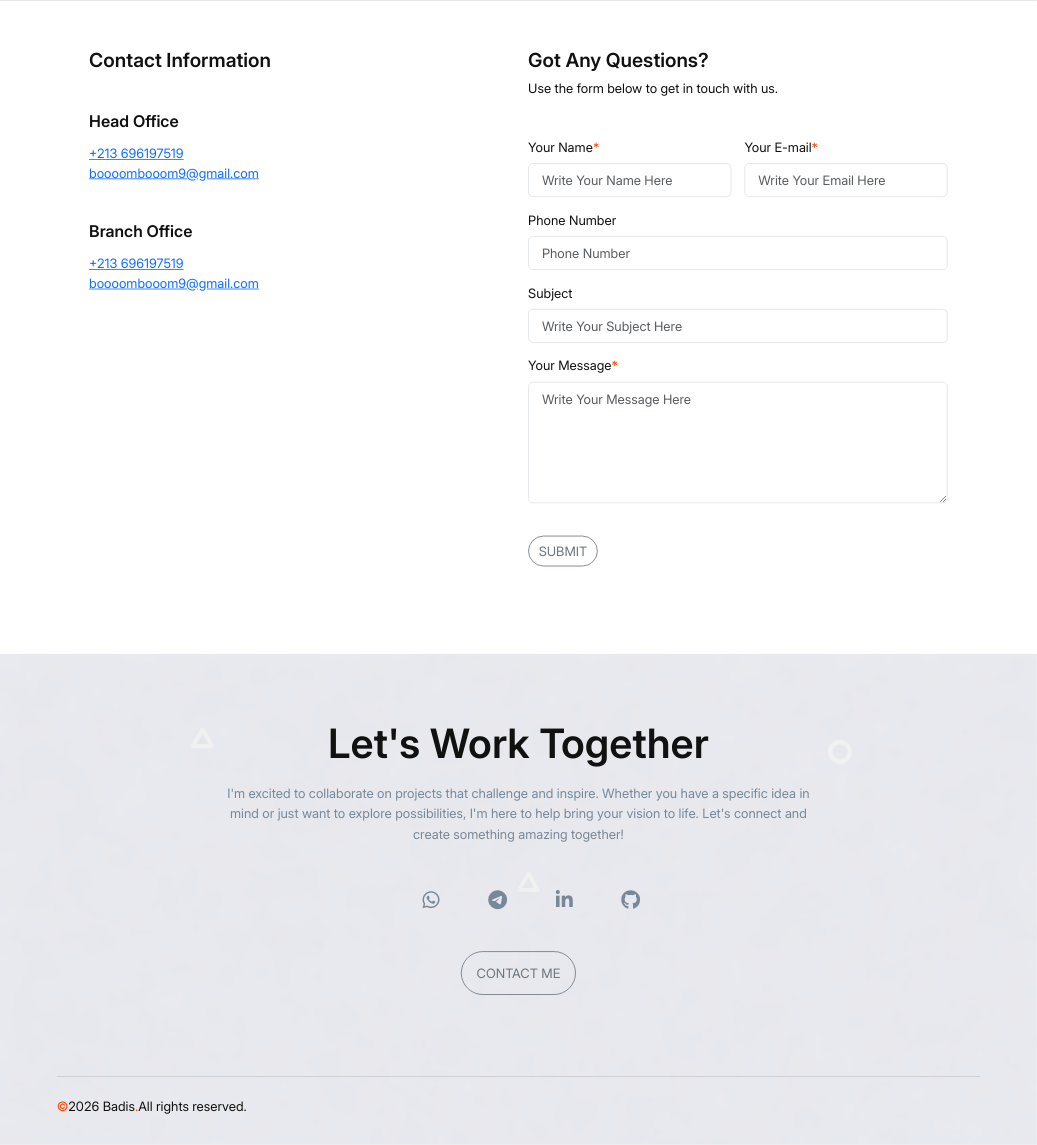
Repository: Badi-77/Portfolio
Page: Contact.html
These files come from the project's save history. The page is drawn as it stood at one moment and after the next save; the edit follows.
The browser window is 1280 px wide. The pictures show the part of the page from y = 504 to 1917 px (the page is 1917 px tall), at 81% of full size.

Above is the page before, as saved 2026-02-17 20:38:59.

### Contact.html
<!DOCTYPE html>
<html lang="en">
<head>
  <meta charset="UTF-8">
  <meta name="viewport" content="width=device-width, initial-scale=1.0">
  <title>Contact</title>
  <!-- google font -->
  <link rel="stylesheet" href="Font/Inter_font/stylesheet.css">
  <link rel="stylesheet" href="Font/Tajawal/stylesheet.css">
  <!-- Font Awesome -->
  <link rel="stylesheet" href="Css/all.min.css">
  <!-- Normalize -->
  <link rel="stylesheet" href="Css/normalize.css">
  <!-- bootstrap -->
  <link rel="stylesheet" href="Bootstrap/bootstrap/css/bootstrap.min.css">
  <!-- web icon -->
  <link rel="icon" href="Img/icon.png">
  <!-- Portfolio CSS -->
  <link rel="stylesheet" href="Css/portfolio.css">
</head>
<body>

<div class="main-content">
  <!-- Navbar -->
  <nav class="navbar navbar-expand-lg">
          <div class="container-fluid">
            <!-- Brand -->
            <a class="navbar-brand" href="#"><h1><span id="logo-B" ><img src="Img/logo-B.png" alt="LOGO"></span>adis<span class="circle"></span></h1></a>

            <!-- Toggler (hamburger icon for mobile) -->
            <button class="navbar-toggler" type="button" data-bs-toggle="collapse" data-bs-target="#navbarNav"
              aria-controls="navbarNav" aria-expanded="false" aria-label="Toggle navigation">
              <span class="navbar-toggler-icon"></span>
            </button>

            <!-- Navbar links -->
            <div class="collapse navbar-collapse" id="navbarNav">
              <ul class="navbar-nav ms-auto">
                <li class="nav-item">
                  <a class="nav-link active" data-key="NavHome" aria-current="page" href="#">Home</a>
                </li>
                <li class="nav-item">
                  <a class="nav-link" data-key="NavAbout" href="#">About</a>
                </li>
                <div class="nav-item dropdown">
                  <a class="nav-link dropdown-toggle" data-bs-toggle="dropdown" role="button" data-key="NavSer" href="#">Services</a>
                  <div class="dropdown-menu m-0">
                    <a href="#" class="dropdown-item" data-key="web">Web Dev</a>
                    <a href="#" class="dropdown-item" data-key="net">Networking</a>
                    <a href="#" class="dropdown-item" data-key="cyber">CyberSecurity</a>
                    <a href="#" class="dropdown-item" data-key="auto">Automation</a>
                  </div>
                </div>
                <li class="nav-item">
                  <a class="nav-link" data-key="cont" href="#">ContactMe</a>
                </li>
                <li class="nav-item">
                  <button id="theme-toggle" class="theme-toggle-btn" aria-label="Toggle dark mode">
                    🌙
                  </button>
                </li>
                <!-- language btn -->
                <li class="nav-item">
                  <button class="switch-lang" id="lang-toggle">🌐 العربية</button>
                </li>
                <!-- language btn -->

                <!-- <li class="nav-item">
                  <a class="nav-link disabled" tabindex="-1" aria-disabled="true">Disabled</a>
                </li> -->
              </ul>
            </div>
          </div>
  </nav>
  <!-- End Navbar -->


  <!-- start hero -->
  <section id="hero">
    <div id="conta" class="row justify-content-center">
      <div class="col-md-12 text-center my-5 pt-5 fade-in-up">
        <div class="section-header text-center">
          <nav class="breadcrumb d-flex justify-content-center">
            <a href="portfolio.html" class="breadcrumb-item">Home</a>
            <span class="breadcrumb-item activ" aria-current="page">Contact</span>
          </nav>
          <h2 class="contact-title display-1 fw-bold">Our Contact</h2>
          <p class="text-center">Got a project in mind? <br> Let’s connect and bring your vision to life.</p>
        </div>
      </div>
    </div>
  </section>
  <!-- end hero -->

  <!-- start form -->
  <section id="contact-info" class="padding-medium pt-0">
    <div class="container">
      <div class="row flex-row-reverse">
        <div class="inquiry-item col-lg-6 mb-5">
          <h4 class="fw-bold">Got Any Questions?</h4>
          <p>Use the form below to get in touch with us.</p>
          <form id="contactForm" action="" method="post" class="form-group contact-form mt-5">
            <div class="form-input col-lg-12 d-flex justify-content-between mb-3">
              <div class="w-100 me-3">
                <label class="mb-2 fs-6 T">
                  Your Name<span style="color: var(--third-color);">*</span>
                </label>
                <input type="text" name="name" placeholder="Write Your Name Here" class="form-control shadow-none w-100 ps-3 py-2" required>
              </div>
              <div class="w-100">
                <label class="mb-2 fs-6 T">Your E-mail<span style="color: var(--third-color);">*</span></label>
                <input type="email" name="email" placeholder="Write Your Email Here" class="form-control shadow-none w-100 ps-3 py-2" required>
              </div>
            </div>
            <div class="col-lg-12 mb-3">
              <label class="mb-2 fs-6">Phone Number</label>
              <input type="number" name="phone" placeholder="Phone Number" class="form-control shadow-none w-100 ps-3 py-2">
            </div>
            <div class="col-lg-12 mb-3">
              <label class="mb-2 fs-6">Subject</label>
              <input type="text" name="subject" placeholder="Write Your Subject Here" class="form-control shadow-none w-100 ps-3 py-2">
            </div>
            <div class="col-lg-12 mb-3">
              <label class="mb-2 fs-6">Your Message<span style="color: var(--third-color);">*</span></label>
              <textarea name="message" placeholder="Write Your Message Here" class="form-control shadow-none w-100 ps-3 py-2" style="height: 150px;" required></textarea>
            </div>
            <div>
              <button class="btn btn-outline-secondary rounded-pill mt-4" type="submit" name="submit">SUBMIT</button>
            </div>
          </form>
        </div>
        <div class="contact-info col-lg-6 mb-5">
          <h4 class="fw-bold">Contact Information</h4>
          <p></p>
          <div class="page-content">
            <div class="col-md-6">
              <div class="content-box my-5">
                <h5 class="element-title fw-bold">Head Office</h5>
                <div class="content-address">
                  <p></p>
                </div>
                <div class="contact-number">
                  <a href="#">+213 696197519</a>
                </div>
                <div class="email-adress">
                  <p>
                    <a href="#">boooombooom9@gmail.com</a>
                  </p>
                </div>
              </div>
            </div>
            <div class="col-md-6">
              <div class="content-box my-5">
                <h5 class="element-title fw-bold">Branch Office</h5>
                <div class="content-address">
                  <p></p>
                </div>
                <div class="contact-number">
                  <a href="#">+213 696197519</a>
                </div>
                <div class="email-adress">
                  <p>
                    <a href="#">boooombooom9@gmail.com</a>
                  </p>
                </div>
              </div>
            </div>
          </div>
        </div>
      </div>
    </div>
  </section>
  <!-- end form -->

  <!-- start footer -->
  <footer>
    <div class="container ">
      <div class="foot-content fade-in-up">
        <div class="foot-text">
          <h2 class="text-center fw-bolder" data-key="FooTitle">Let's Work Together</h2>
          <p class="text-center" data-key="FooSub">
            I'm excited to collaborate on projects that challenge and inspire. Whether you have a specific idea in mind or just want to explore possibilities, I'm here to help bring your vision to life. Let's connect and create something amazing together!
          </p>
        </div>
        <ul>
          <li><a href="#"><i class="fa-brands fa-whatsapp"></i></a></li>
          <li><a href="#"><i class="fa-brands fa-telegram-plane"></i></a></li>
          <li><a href="#"><i class="fa-brands fa-linkedin-in"></i></a></li>
          <li><a href="#"><i class="fa-brands fa-github"></i></a></li>
        </ul>
        <div class="contactMe-btn">
          <a href="#" class="btn btn-outline-secondary rounded-pill mt-4" role="button" id="contbtn">CONTACT ME</a>
        </div>
      </div>
      <div class="copy-right">
          <p class="text-lg-start mt-4"> <span style="color: var(--third-color);">&copy;</span>2026 Badis<span style="color: var(--third-color);">.</span>All rights reserved.</p>
      </div>
    </div>
  </footer>
  <!-- end footer -->
</div>

<script>
  console.log('hello');
</script>



</body>
<!-- Portfolio JS -->
<script src="JS/portfolio.js"></script>
<!-- Bootstrap JS -->
<script src="Bootstrap/bootstrap/js/bootstrap.bundle.min.js"></script>
</html>

### Font/Inter_font/stylesheet.css
@font-face {
    font-family: 'Inter 24pt';
    src: url('Inter24pt-MediumItalic.woff2') format('woff2'),
        url('Inter24pt-MediumItalic.woff') format('woff');
    font-weight: 500;
    font-style: italic;
    font-display: swap;
}

@font-face {
    font-family: 'Inter 24pt';
    src: url('Inter24pt-SemiBold.woff2') format('woff2'),
        url('Inter24pt-SemiBold.woff') format('woff');
    font-weight: 600;
    font-style: normal;
    font-display: swap;
}

@font-face {
    font-family: 'Inter 24pt';
    src: url('Inter24pt-Regular.woff2') format('woff2'),
        url('Inter24pt-Regular.woff') format('woff');
    font-weight: normal;
    font-style: normal;
    font-display: swap;
}

@font-face {
    font-family: 'Inter 24pt';
    src: url('Inter24pt-SemiBoldItalic.woff2') format('woff2'),
        url('Inter24pt-SemiBoldItalic.woff') format('woff');
    font-weight: 600;
    font-style: italic;
    font-display: swap;
}

@font-face {
    font-family: 'Inter 24pt';
    src: url('Inter24pt-ThinItalic.woff2') format('woff2'),
        url('Inter24pt-ThinItalic.woff') format('woff');
    font-weight: 100;
    font-style: italic;
    font-display: swap;
}

@font-face {
    font-family: 'Inter 24pt';
    src: url('Inter24pt-Thin.woff2') format('woff2'),
        url('Inter24pt-Thin.woff') format('woff');
    font-weight: 100;
    font-style: normal;
    font-display: swap;
}

@font-face {
    font-family: 'Inter 28pt';
    src: url('Inter28pt-Black.woff2') format('woff2'),
        url('Inter28pt-Black.woff') format('woff');
    font-weight: 900;
    font-style: normal;
    font-display: swap;
}

@font-face {
    font-family: 'Inter 28pt';
    src: url('Inter28pt-BlackItalic.woff2') format('woff2'),
        url('Inter28pt-BlackItalic.woff') format('woff');
    font-weight: 900;
    font-style: italic;
    font-display: swap;
}

@font-face {
    font-family: 'Inter 28pt';
    src: url('Inter28pt-Bold.woff2') format('woff2'),
        url('Inter28pt-Bold.woff') format('woff');
    font-weight: bold;
    font-style: normal;
    font-display: swap;
}

@font-face {
    font-family: 'Inter 28pt';
    src: url('Inter28pt-BoldItalic.woff2') format('woff2'),
        url('Inter28pt-BoldItalic.woff') format('woff');
    font-weight: bold;
    font-style: italic;
    font-display: swap;
}

@font-face {
    font-family: 'Inter 28pt';
    src: url('Inter28pt-ExtraBold.woff2') format('woff2'),
        url('Inter28pt-ExtraBold.woff') format('woff');
    font-weight: bold;
    font-style: normal;
    font-display: swap;
}

@font-face {
    font-family: 'Inter 28pt';
    src: url('Inter28pt-ExtraBoldItalic.woff2') format('woff2'),
        url('Inter28pt-ExtraBoldItalic.woff') format('woff');
    font-weight: bold;
    font-style: italic;
    font-display: swap;
}

@font-face {
    font-family: 'Inter 28pt';
    src: url('Inter28pt-ExtraLight.woff2') format('woff2'),
        url('Inter28pt-ExtraLight.woff') format('woff');
    font-weight: 200;
    font-style: normal;
    font-display: swap;
}

@font-face {
    font-family: 'Inter 28pt';
    src: url('Inter28pt-ExtraLightItalic.woff2') format('woff2'),
        url('Inter28pt-ExtraLightItalic.woff') format('woff');
    font-weight: 200;
    font-style: italic;
    font-display: swap;
}

@font-face {
    font-family: 'Inter 28pt';
    src: url('Inter28pt-Italic.woff2') format('woff2'),
        url('Inter28pt-Italic.woff') format('woff');
    font-weight: normal;
    font-style: italic;
    font-display: swap;
}

@font-face {
    font-family: 'Inter 28pt';
    src: url('Inter28pt-Light.woff2') format('woff2'),
        url('Inter28pt-Light.woff') format('woff');
    font-weight: 300;
    font-style: normal;
    font-display: swap;
}

@font-face {
    font-family: 'Inter 28pt';
    src: url('Inter28pt-LightItalic.woff2') format('woff2'),
        url('Inter28pt-LightItalic.woff') format('woff');
    font-weight: 300;
    font-style: italic;
    font-display: swap;
}

@font-face {
    font-family: 'Inter 28pt';
    src: url('Inter28pt-Medium.woff2') format('woff2'),
        url('Inter28pt-Medium.woff') format('woff');
    font-weight: 500;
    font-style: normal;
    font-display: swap;
}

@font-face {
    font-family: 'Inter 28pt';
    src: url('Inter28pt-MediumItalic.woff2') format('woff2'),
        url('Inter28pt-MediumItalic.woff') format('woff');
    font-weight: 500;
    font-style: italic;
    font-display: swap;
}

@font-face {
    font-family: 'Inter 28pt';
    src: url('Inter28pt-Regular.woff2') format('woff2'),
        url('Inter28pt-Regular.woff') format('woff');
    font-weight: normal;
    font-style: normal;
    font-display: swap;
}

@font-face {
    font-family: 'Inter 28pt';
    src: url('Inter28pt-SemiBold.woff2') format('woff2'),
        url('Inter28pt-SemiBold.woff') format('woff');
    font-weight: 600;
    font-style: normal;
    font-display: swap;
}

@font-face {
    font-family: 'Inter 28pt';
    src: url('Inter28pt-SemiBoldItalic.woff2') format('woff2'),
        url('Inter28pt-SemiBoldItalic.woff') format('woff');
    font-weight: 600;
    font-style: italic;
    font-display: swap;
}

@font-face {
    font-family: 'Inter 28pt';
    src: url('Inter28pt-ThinItalic.woff2') format('woff2'),
        url('Inter28pt-ThinItalic.woff') format('woff');
    font-weight: 100;
    font-style: italic;
    font-display: swap;
}

@font-face {
    font-family: 'Inter 28pt';
    src: url('Inter28pt-Thin.woff2') format('woff2'),
        url('Inter28pt-Thin.woff') format('woff');
    font-weight: 100;
    font-style: normal;
    font-display: swap;
}

### Font/Tajawal/stylesheet.css
@font-face {
    font-family: 'Tajawal';
    src: url('Tajawal-Black.woff2') format('woff2'),
        url('Tajawal-Black.woff') format('woff');
    font-weight: 900;
    font-style: normal;
    font-display: swap;
}

@font-face {
    font-family: 'Tajawal';
    src: url('Tajawal-ExtraBold.woff2') format('woff2'),
        url('Tajawal-ExtraBold.woff') format('woff');
    font-weight: bold;
    font-style: normal;
    font-display: swap;
}

@font-face {
    font-family: 'Tajawal';
    src: url('Tajawal-Bold.woff2') format('woff2'),
        url('Tajawal-Bold.woff') format('woff');
    font-weight: bold;
    font-style: normal;
    font-display: swap;
}

@font-face {
    font-family: 'Tajawal';
    src: url('Tajawal-ExtraLight.woff2') format('woff2'),
        url('Tajawal-ExtraLight.woff') format('woff');
    font-weight: 200;
    font-style: normal;
    font-display: swap;
}

@font-face {
    font-family: 'Tajawal';
    src: url('Tajawal-Medium.woff2') format('woff2'),
        url('Tajawal-Medium.woff') format('woff');
    font-weight: 500;
    font-style: normal;
    font-display: swap;
}

@font-face {
    font-family: 'Tajawal';
    src: url('Tajawal-Light.woff2') format('woff2'),
        url('Tajawal-Light.woff') format('woff');
    font-weight: 300;
    font-style: normal;
    font-display: swap;
}

@font-face {
    font-family: 'Tajawal';
    src: url('Tajawal-Regular.woff2') format('woff2'),
        url('Tajawal-Regular.woff') format('woff');
    font-weight: normal;
    font-style: normal;
    font-display: swap;
}

Loaded but not shown: Css/all.min.css (library); Css/normalize.css (library); Bootstrap/bootstrap/css/bootstrap.min.css (library); Bootstrap/bootstrap/js/bootstrap.bundle.min.js (library); JS/portfolio.js (358 lines, source omitted); Css/portfolio.css (931 lines, source omitted)

After the next save:
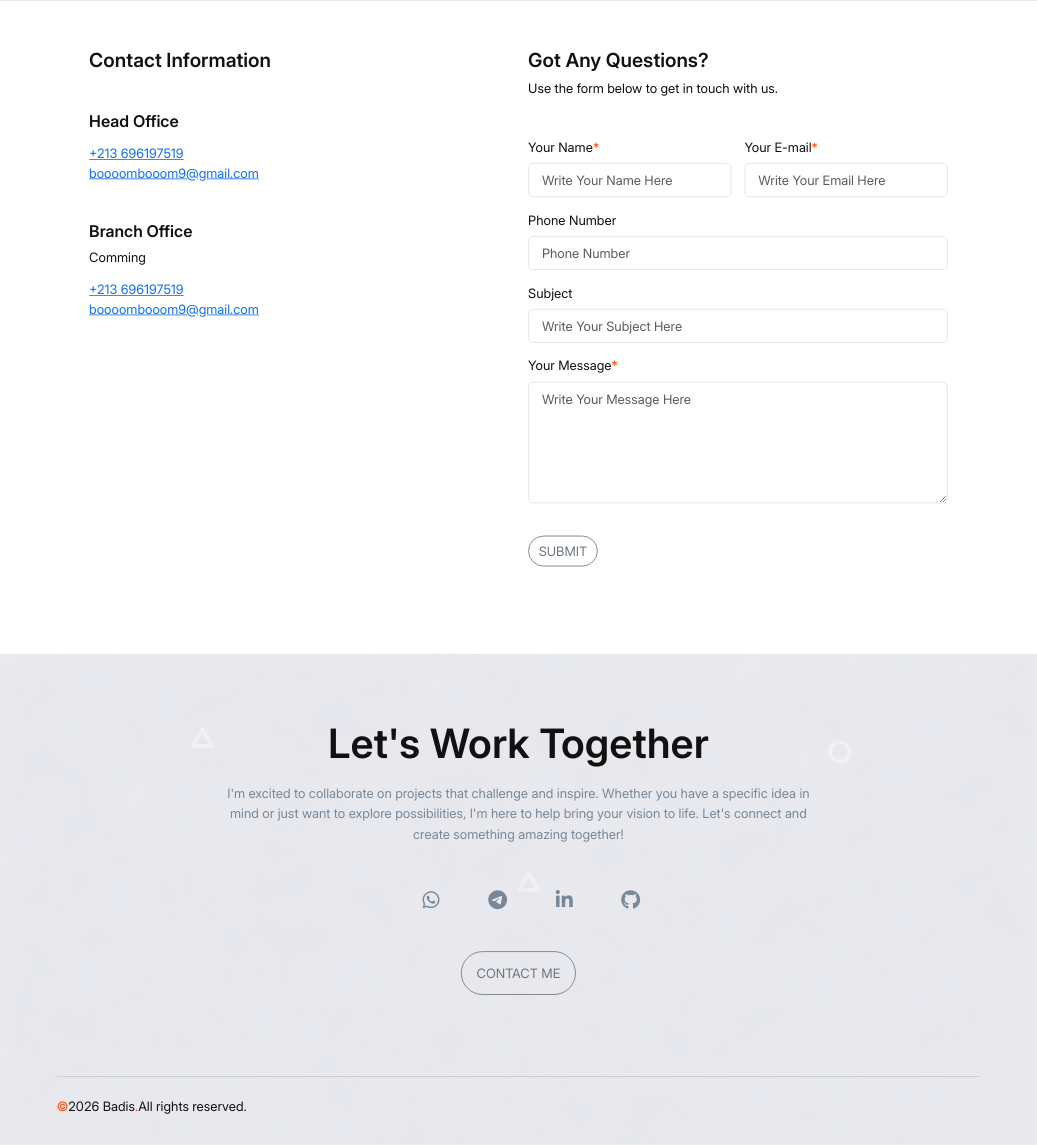
Saved 13 s later.
--- a/Contact.html
+++ b/Contact.html
@@ -153,7 +153,7 @@
               <div class="content-box my-5">
                 <h5 class="element-title fw-bold">Branch Office</h5>
                 <div class="content-address">
-                  <p></p>
+                  <p>Comming</p>
                 </div>
                 <div class="contact-number">
                   <a href="#">+213 696197519</a>
